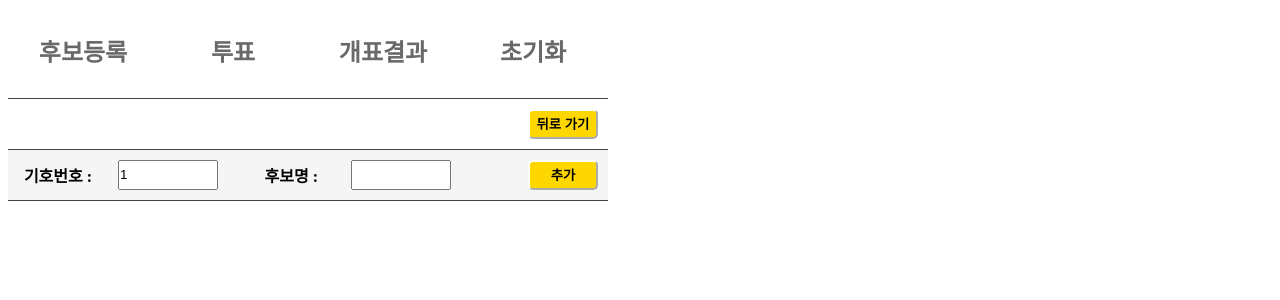
Repository: noheul1030/KOPO-HTML
Page: http://localhost/Tupyo/Tupyo/A_03_H.jsp
The author's editor kept a copy of each file at every save. The page is drawn from the files as they stood at one save, then again after the next save.
The browser window is 1280 px wide. The pictures show the whole page.
The page is served by Tomcat 9. Queries for data that is not in the repository find no rows.

Above is the page before, as saved 2023-06-04 10:41:35.

### Tupyo/src/main/webapp/Tupyo/A_03_H.jsp
<meta http-equiv="Content-Type" content="text/html; charset=utf-8" />
<%@ page contentType="text/html; charset=UTF-8" %>
<%@ page import="java.util.*" %> <!--java import-->
<%@ page import="java.io.*"%> <!--java import-->
<%@ page import="java.sql.*"%> <!--java import-->
<html>
	<head>
		<title>후보등록 A_03_H.jsp</title>
		<style>
    		table {
    			text-align: center;
   				border: 0;
   				solid black;
   				width: 600px;
   				border-collapse: collapse;
   				cellspacing="1"}s
    		th, td {
		    border-bottom: 1px solid #444444;
		    padding: 10px;
			}
			th:first-child, td:first-child {
			  border-left: none;
			}
    		a {text-decoration-line: none;  color: #696969;}
			h2:hover {
			 box-shadow: 0 0 40px 40px #ffd700 inset;
			}
    		h2,h4 {margin-top: 15px; text-align: center;}
    		.fourth {
			  background: gold;
			  border-color: white;
			  color: black;
			  background-image: linear-gradient(45deg, yellow 50%, transparent 50%);
			  background-position: 100%;
			  background-size: 400%;
			  transition: background 300ms ease-in-out;
			  border-radius: 5px;
			}

			.fourth:hover {
			  background-position: 0;
			}
    	</style>
	</head>
	<script>
	  function btnDeleteClick(deleteID) {
        document.form1.deleteID.value = deleteID;
        document.form1.action = "A_02_H.jsp";
        document.form1.submit();
	  }
	</script>
	<body>
<%		// DB연동
		Class.forName("com.mysql.jdbc.Driver");
		//Connection conn = DriverManager.getConnection("jdbc:mysql://192.168.23.60:3307/kopo11","root","shdmf1030@");
		Connection conn = DriverManager.getConnection("jdbc:mysql://localhost:3306/noheul","root","shdmf1030@");
		Statement stmt = conn.createStatement();

		request.setCharacterEncoding("utf-8");
		// null값 체크
        int Nullcheck = request.getParameter("HuboID") != null ? 1 : 0;

		String name = "";
		String id = "";

		if (Nullcheck == 1) {
			name = request.getParameter("name");
			id = request.getParameter("HuboID");
			stmt.execute("insert into HuboDB (name,id) values ('" + name + "'," + id +");");
			stmt.execute("insert into TupyoDB (hubo) values ('" +id+ "번" +name+ "')");
        }

		// ID칼럼의 전체 count 조회
				ResultSet total = stmt.executeQuery("select count(*) from HuboDB where id;");
				int totalcnt = 0;
				while(total.next()){
					totalcnt = total.getInt(1);
				}

				// ID 최소값은 1
				int minID = 1;

				// ID칼럼의 count가 0일때(아직 아무 값도 안들어왔다는 뜻)
				if(totalcnt == 0){
					ResultSet idcount = stmt.executeQuery("select min(id) as minNum from HuboDB where (id+1) not in (select id from HuboDB);");

					while(idcount.next()){
						minID = idcount.getInt(1)+1;
					}
				}else{	// ID칼럼의 count가 0이 아닐때(값이 들어있다는 뜻)
					// ID칼럼의 전체 값 조회
					ResultSet idcount2 = stmt.executeQuery("select id from HuboDB");

					while (idcount2.next()) {
					    int currentID = idcount2.getInt("id"); // 현재 가져온 id 값
						// ID최소값과 currentID의 값이 일치하면 순서대로 있는 ID값 이므로 통과
					    if (minID == currentID) {
					    	minID++; // 다음 기대하는 id 값으로 업데이트
					    } else { // 칼럼 순회 중간에 빠진 값을 찾았으므로 break;
					        break;
					    }
					}
				}
%>
		<form name="form1" method = 'post'>
		<input type='hidden' name='deleteID'>
		<table>
    		<tr>
    			<td width = 25%><a align = center id="update" href="A_01_H.jsp" target="content"><h2  class="check">후보등록</h2></a></td>
    			<td width = 25%><a align = center id="vote" href="B_01_H.jsp" target="content"><h2>투표</h2></a></td>
    			<td width = 25%><a align = center id="result" href="C_01_H.jsp" target="content"><h2>개표결과</h2></a></td>
    			<td width = 25%><a align = center id="result" href="D_01_H.jsp" target="content"><h2>초기화</h2></a></td>
    		</tr>
		</table>
		<table>
			<tr>
<%			if(Nullcheck == 1){ %>
				<td colspan="4"><h4>후보등록 결과 : 후보 추가 완료</h4></td>
<%			} %>
				<td align = right width = 22%>
				<input class="fourth" type="submit" value="뒤로 가기" style="width: 70px; height: 30px; padding: 0px;font-weight: bold;" formaction = 'A_01_H.jsp'></td>
			</tr>
		</table>

		<table>
<%
		if(totalcnt >= 1){
		ResultSet rset = stmt.executeQuery("select * from HuboDB order by id asc;");

	     	while (rset.next()){
%>
	     		<tr>
	     			<td width =15%><strong>기호번호 :</strong></td>

	     			<td align = left width = 20% ><%=rset.getInt(2)%></td>

					<td width= 15% ><strong>후보명 :</strong></td>

	     			<td align = left width = 20% ><%=rset.getString(1)%></td>

					<td align = right width = 20%>
					  <input class="fourth" type="button" value="삭제" style="width: 70px; height: 30px; padding: 0px;font-weight: bold;" onclick="btnDeleteClick('<%=rset.getInt(2)%>')">
					</td>
				</tr>
		</form>
<%
			}
		}
%>
		<form method = 'post'>
			<tr>
				<td bgcolor=#f5f5f5 width= 15% ><strong>기호번호 :</strong></td>

				<td bgcolor=#f5f5f5 align = left width = 20% ><input type='text' name='HuboID' value='<%=minID%>'readonly style="width: 100px; height: 30px; padding: 0px;"></td>

				<td bgcolor=#f5f5f5 width= 15% ><strong>후보명 :</strong></td>

				<td bgcolor=#f5f5f5 align = left width = 20% ><input type='text' pattern="^[가-힣]+$" name="name" value='' required title="한글만 입력하세요." style="width: 100px; height: 30px; padding: 0px;"></td>

				<td bgcolor=#f5f5f5 align = right width = 20%>
  				<input class="fourth" type="submit" value="추가" align = right style="width: 70px; height: 30px; padding: 0px;font-weight: bold;" formaction = 'A_03_H.jsp'></td>
			</tr>
		</table>
		</form>
	</body>
</html>

After the next save:
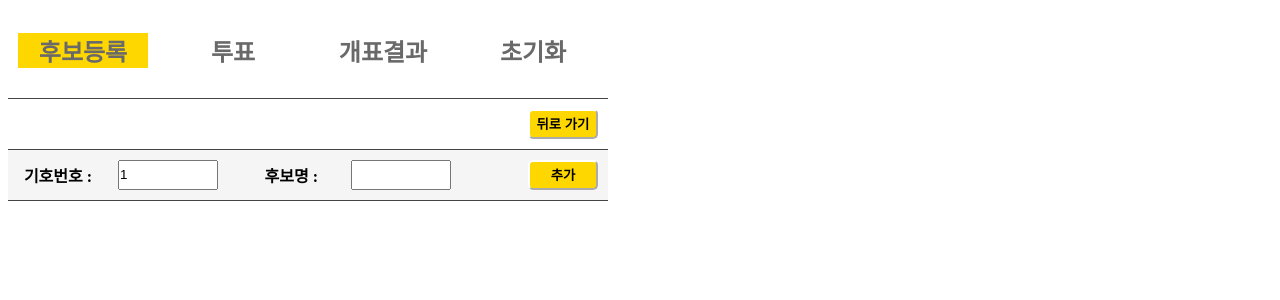
Saved 4 s later.
--- a/Tupyo/src/main/webapp/Tupyo/A_03_H.jsp
+++ b/Tupyo/src/main/webapp/Tupyo/A_03_H.jsp
@@ -39,6 +39,9 @@
 
 			.fourth:hover {
 			  background-position: 0;
+			}
+			.check{
+				box-shadow: 0 0 40px 40px #ffd700 inset;
 			}
     	</style>
 	</head>
